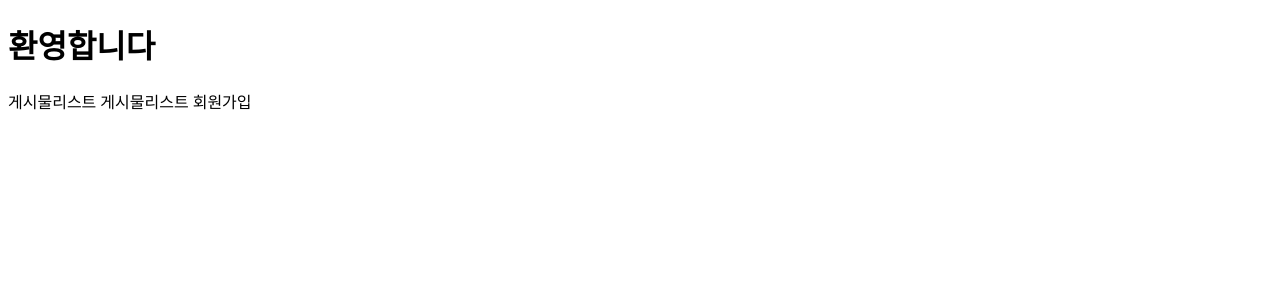
Repository: zmfhd1/Web
Page: boardtest/WebContent/boardstart.html
An editor plug-in stored every save of this project. The page is shown before and after the next save, followed by the edit.
The browser window is 1280 px wide. The pictures show the whole page.

Above is the page before, as saved 2021-08-23 00:35:04.

After the next save:
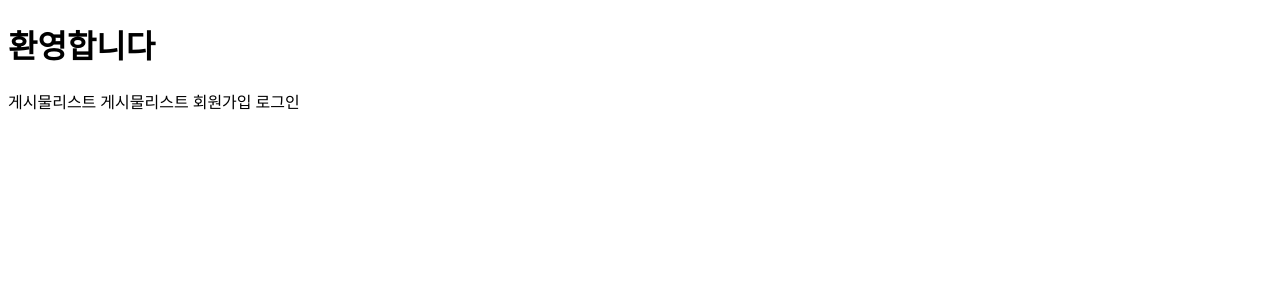
Saved 8 s later.
--- a/boardtest/WebContent/boardstart.html
+++ b/boardtest/WebContent/boardstart.html
@@ -9,5 +9,6 @@
 <a href"boardlist.html">게시물리스트</a>
 <a href"boardwrite.html">게시물리스트</a>
 <a href"www.google.com">회원가입</a>
+<a href"www.naver.com">로그인</a>
 </body>
 </html>
